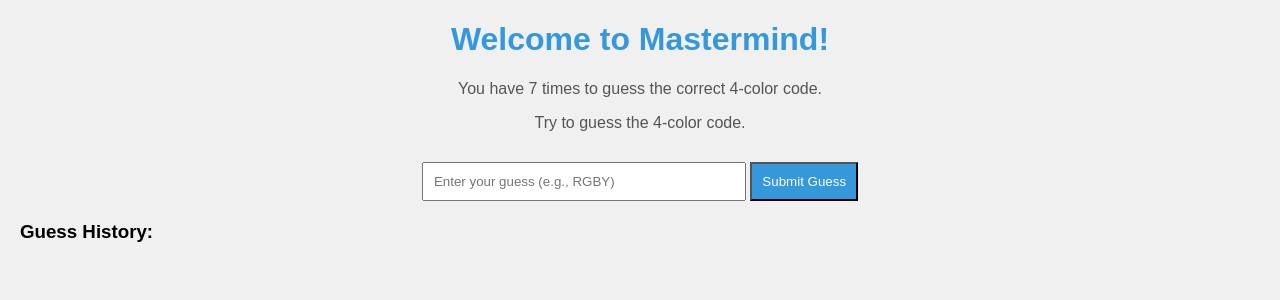
Repository: cheasopheaknita/Mastermind_Game
Page: http://localhost/
The author's editor kept a copy of each file at every save. The page is drawn from the files as they stood at one save, then again after the next save.
The browser window is 1280 px wide. The pictures show the whole page.
The page is served by the project's application, run on Flask 3 (mastermind_project/app.py).

Above is the page before, as saved 2024-02-06 01:52:17.

After the next save:
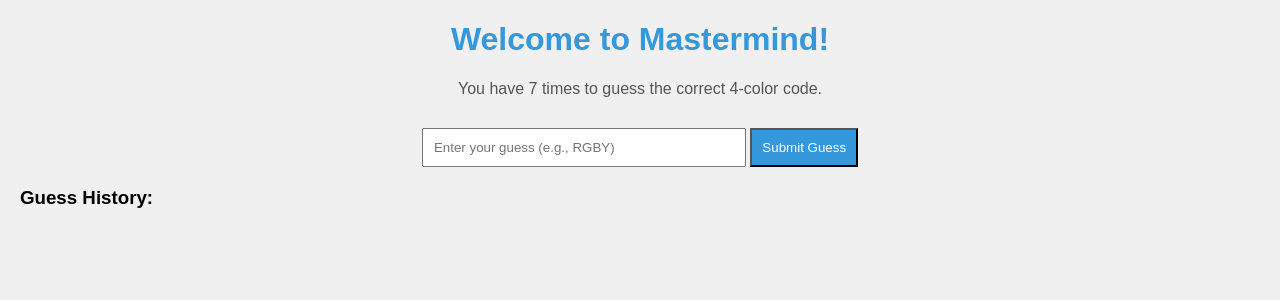
Saved 7 s later.
--- a/mastermind_project/templates/mastermind_game.html
+++ b/mastermind_project/templates/mastermind_game.html
@@ -71,7 +71,6 @@
 <body>
     <h1>Welcome to Mastermind!</h1>
     <p>You have 7 times to guess the correct 4-color code.</p>
-    <p>Try to guess the 4-color code.</p>
 
     <div id="result"></div>
 
